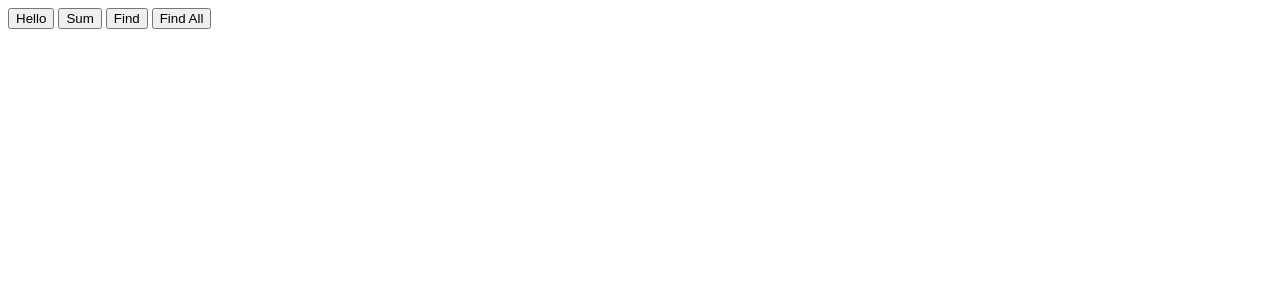
Repository: J2EEBeliever/ISA681_Poker2
Page: http://localhost/StrutsAjax/
An editor plug-in stored every save of this project. The page is shown before and after the next save, followed by the edit.
The browser window is 1280 px wide. The pictures show the whole page.
The page is served by Tomcat 9. Nobody is signed in. The application's start-up code is not run. Other server files are loaded and not shown.

Above is the page before, as saved 2015-12-02 22:12:27.

### SOURCE/StrutsAjax/WebContent/index.jsp
<%@ page contentType="text/html; charset=UTF-8"%>
<%@ taglib prefix="s" uri="/struts-tags"%>
<html>
<head>
<title>Ajax in Struts</title>

<script language="javascript" type="text/javascript">

//Browser Support Code
function ajaxFunctionbk(){

	alert('executing ajaxFunction()');
	var ajaxRequest;  // The variable that makes Ajax possible!

	try{
		// Opera 8.0+, Firefox, Safari
		ajaxRequest = new XMLHttpRequest();
		alert('executing ajaxFunction() #10');

	} catch (e){
		// Internet Explorer Browsers

		alert('executing ajaxFunction() #20');

		try{
			ajaxRequest = new ActiveXObject("Msxml2.XMLHTTP");
		} catch (e) {
			try{
				ajaxRequest = new ActiveXObject("Microsoft.XMLHTTP");
			} catch (e){
				// Something went wrong
				alert("Your browser broke!");
				return false;
			}
		}

	}

	alert('executing ajaxFunction() #30');


	// Create a function that will receive data sent from the server
	ajaxRequest.onreadystatechange = function(){
		if(ajaxRequest.readyState == 4){
			var ajaxDisplay = document.getElementById('ajaxDiv');
			ajaxDisplay.innerHTML = ajaxRequest.responseText;
		}
	}
//	var age = document.getElementById('age').value;
//	var wpm = document.getElementById('wpm').value;
//	var sex = document.getElementById('sex').value;
//	var queryString = "?age=" + age + "&wpm=" + wpm + "&sex=" + sex;

	alert('executing ajaxFunction() #40');


var queryString = '?playerContent=yes';
	ajaxRequest.open("GET", 'ajaxLogicAction' + queryString, true);
	ajaxRequest.send(null);

	alert('executing ajaxFunction() #50');

}

</script>


<script src="js/jquery-1.6.2.js" type="text/javascript"></script>
<script type="text/javascript">

function playerContent() {

	alert('#10');


	$.ajax({
		type : "POST",
		url : '${pageContext.request.contextPath}/getPlayerTurn.html',
		success : function(response) {
			$('.result').html(response);
		}
	});
}


$(document).ready(function() {



		$('#buttonHello').click(function() {
			$.ajax({
				type : "POST",
				url : '${pageContext.request.contextPath}/hello.html',
				success : function(response) {
					$('.result').html(response);
				}
			});
		});


		$('#buttonHello').click(function() {
			$.ajax({
				type : "POST",
				url : '${pageContext.request.contextPath}/hello.html',
				success : function(response) {
					$('.result').html(response);
				}
			});
		});

		$('#buttonSum').click(function() {
			$.ajax({
				type : "GET",
				data : {
					a : 1,
					b : 2
				},
				url : '${pageContext.request.contextPath}/sum.html',
				success : function(response) {
					$('.result').html(response);
				}
			});
		});

		$('#buttonFind').click(function() {
			$.ajax({
				type : "GET",
				headers : {
					Accept : "application/json; charset=utf-8",
					"Content-Type" : "application/json; charset=utf-8"
				},
				url : '${pageContext.request.contextPath}/find.html',
				success : function(response) {
					var result = 'Id: ' + response.sp.id + '<br>Name: ' + response.sp.name + '<br>Price: ' + response.sp.price;
					$('.result').html(result);
				}
			});
		});

		$('#buttonFindAll').click(function() {
			$.ajax({
				type : "GET",
				headers : {
					Accept : "application/json; charset=utf-8",
					"Content-Type" : "application/json; charset=utf-8"
				},
				url : '${pageContext.request.contextPath}/findall.html',
				success : function(response) {
					var n = response.lp.length;
					var result = '';
					for(var i=0; i<n; i++)
						result += '<br>Id: ' + response.lp[i].id + ' - Name: ' + response.lp[i].name + ' - Price: ' + response.lp[i].price;
					$('.result').html(result);
				}
			});
		});

	});
</script>
</head>


<body onload2 = "setTimeout(playerContent,5000)">

	<input type="button" value="Hello" id="buttonHello">
	<input type="button" value="Sum" id="buttonSum">
	<input type="button" value="Find" id="buttonFind">
	<input type="button" value="Find All" id="buttonFindAll">
	<br>
	<div class="result"></div>

</body>
</html>

Loaded but not shown: SOURCE/StrutsAjax/WebContent/js/jquery-1.6.2.js (library)

After the next save:
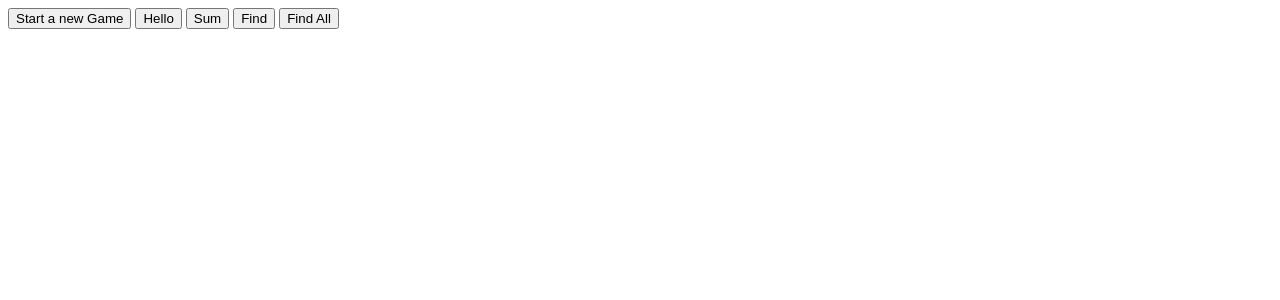
Saved 92 s later.
--- a/SOURCE/StrutsAjax/WebContent/index.jsp
+++ b/SOURCE/StrutsAjax/WebContent/index.jsp
@@ -160,7 +160,10 @@ $(document).ready(function() {
 </head>
 
 
-<body onload2 = "setTimeout(playerContent,5000)">
+<body onload_bk "setTimeout(playerContent,5000)">
+
+	<input type="button" value="Start a new Game" id="buttonNewGame">
+
 
 	<input type="button" value="Hello" id="buttonHello">
 	<input type="button" value="Sum" id="buttonSum">
